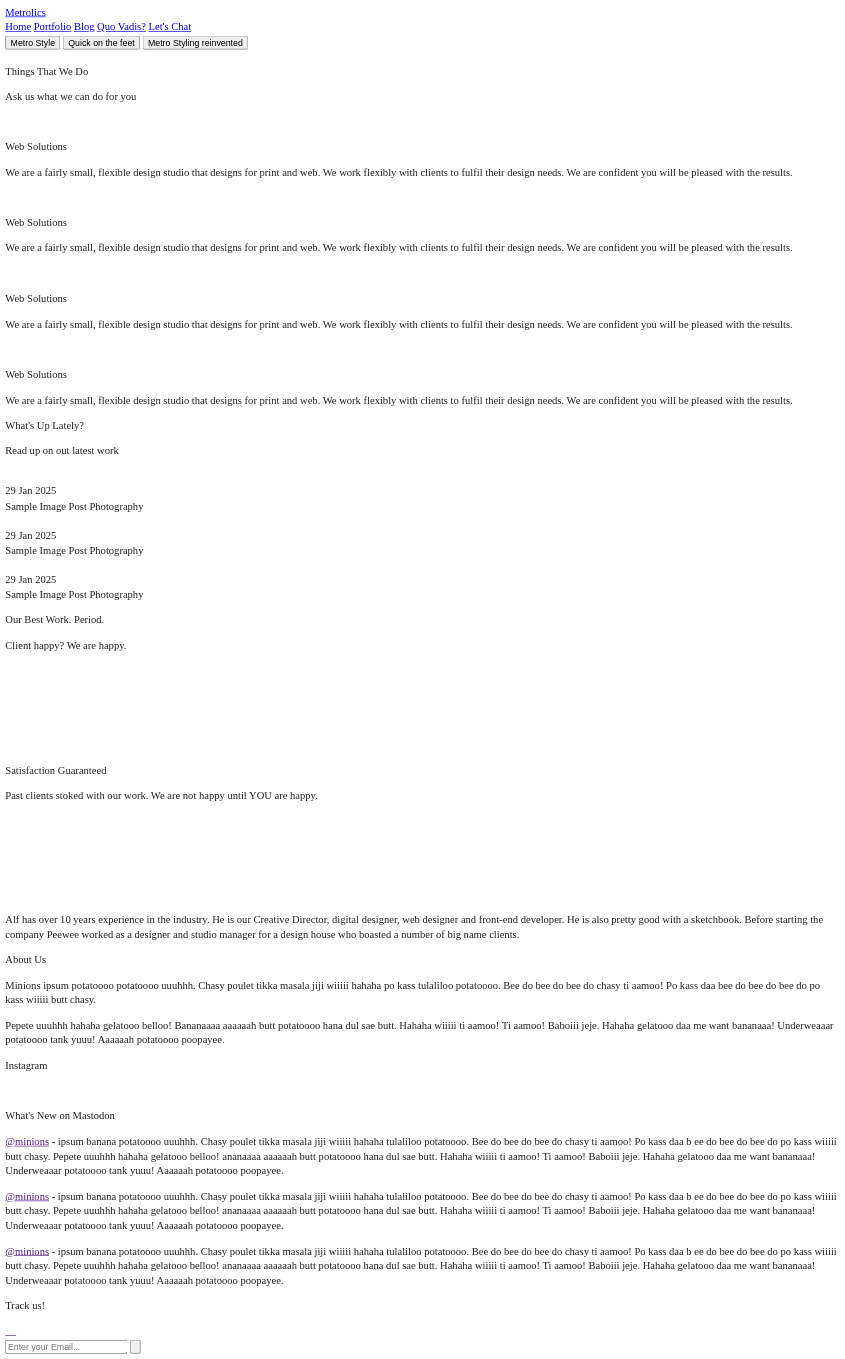
Repository: Angehyy/wk02_site
Page: index.html
These files come from the project's save history. The page is drawn as it stood at one moment and after a run of saves; the edit follows.
The browser window is 1280 px wide. The pictures show the whole page, at 66% of full size.

Above is the page before, as saved 2025-01-20 20:53:38.

### index.html
<!doctype html>
<html class="no-js" lang="">

<head>
  <meta charset="utf-8">
  <meta name="viewport" content="width=device-width, initial-scale=1">
  <title>Metrolics</title>
  <link rel="stylesheet" href="css/style.css">
  <meta name="description" content="Learn about Metrolics">

  <meta property="og:title" content="">
  <meta property="og:type" content="">
  <meta property="og:url" content="">
  <meta property="og:image" content="">
  <meta property="og:image:alt" content="">

  <link rel="icon" href="/favicon.ico" sizes="any">
  <link rel="icon" href="/icon.svg" type="image/svg+xml">
  <link rel="apple-touch-icon" href="icon.png">

  <link rel="manifest" href="site.webmanifest">
  <meta name="theme-color" content="#fafafa">
</head>

<body>
  <header>
    <div class="header">
      <a href="#default" class="">Metrolics</a>
      <div class="header-right">
        <a href="#home" class="header-home">Home</a>
        <a href="#portfolio" class="header-portfolio">Portfolio</a>
        <a href="#blog" class="header-blog">Blog</a>
        <a href="#quovadis" class="header-quovalids">Quo Vadis?</a>
        <a href="#chat" class="header-chat">Let's Chat</a>
      </div>
    </div>
  </header>

  <main>
    <div class="img-buttons">
      <button class="button-metro">Metro Style</button>
      <button class="button-quick">Quick on the feet</button>
      <button class="button-reinvented">Metro Styling reinvented</button>
      <img src="" alt="" class="home-banner">
    </div>

    <div class="main-text">
      <h1 </h2>
    </div>

    <section class="section">
      <p class="section-header">Things That We Do</p>
      <p class="section-subheader">Ask us what we can do for you</p>
    </section>

    <div class="web-solutions-container">
      <div class="item">
        <img class="lightbulb" src="" alt="">
        <p class="lightbulb-caption">Web Solutions</p>
        <p class="lightbulb-description">We are a fairly small, flexible design studio that designs for print and web. We work flexibly with clients to fulfil their design needs. We are confident you will be pleased with the results.</p>
      </div>

      <div class="item">
        <img src="" alt="" class="camera">
        <p class="camera-caption">Web Solutions</p>
        <p class="camera-description">We are a fairly small, flexible design studio that designs for print and web. We work flexibly with clients to fulfil their design needs. We are confident you will be pleased with the results.</p>
      </div>

      <div class="item">
        <img src="" alt="" class="touch">
        <p class="touch-caption">Web Solutions</p>
        <p class="touch-description">We are a fairly small, flexible design studio that designs for print and web. We work flexibly with clients to fulfil their design needs. We are confident you will be pleased with the results.</p>
      </div>

      <div class="item">
        <img src="" alt="" class="pencil">
        <p class="pencil-caption">Web Solutions</p>
        <p class="pencil-description">We are a fairly small, flexible design studio that designs for print and web. We work flexibly with clients to fulfil their design needs. We are confident you will be pleased with the results.</p>
      </div>
    </div>

    <section class="section">
      <p class="section-header">What's Up Lately?</p>
      <p class="section-subheader">Read up on out latest work</p>
    </section>

    <div class="flex-container-2">
      <div class="event-1">
        <img src="" alt="" class="event-picture">
        <div class="event-top-right">
          <span class="date-top">29</span>
          <span class="month-bottom">Jan 2025</span>
        </div>
        <div class="event-description">
          <span class="event-bottom-header">Sample Image Post</span>
          <span class="event-bottom-subheader">Photography</span>
        </div>
      </div>
      <div class="">
        <img src="" alt="">
        <div class="event-top-right">
          <span class="date-top">29</span>
          <span class="month-bottom">Jan 2025</span>
        </div>
        <div class="event-description">
          <span class="event-bottom-header">Sample Image Post</span>
          <span class="event-bottom-subheader">Photography</span>
        </div>
      </div>
      <div class="">
        <img src="" alt="">
        <div class="event-top-right">
          <span class="date-top">29</span>
          <span class="month-bottom">Jan 2025</span>
        </div>
        <div class="event-description">
          <span class="event-bottom-header">Sample Image Post</span>
          <span class="event-bottom-subheader">Photography</span>
        </div>
      </div>
    </div>

    <section class="section">
      <p class="section-header">Our Best Work. Period.</p>
      <p class="section-subheader">Client happy? We are happy.</p>
    </section>

   <div class="gallary-container">
      <div class="gallary">
        <img src="" alt="" class="gallary">
      </div>
      <div class="gallary">
        <img src="" alt="" class="gallary">
      </div>
      <div class="gallary">
        <img src="" alt="" class="gallary">
      </div>
      <div class="gallary">
        <img src="" alt="" class="gallary">
      </div>
      <div class="gallary">
        <img src="" alt="" class="gallary">
      </div>
      <div class="gallary">
        <img src="" alt="" class="gallary">
      </div>
    </div>

    <section class="section">
      <p class="section-header">Satisfaction Guaranteed</p>
      <p class="section-subheader">Past clients stoked with our work. We are not happy until YOU are happy.</p>
    </section>

    <div class="client-container">
      <div class="client" id="kirita">
        <span class="client-rectangle">
          <img src="" alt="" class="client-logo">
        </span>
      </div>
      <div class="client" id="inkscape">
        <span class="client-rectangle">
          <img src="" alt="" class="client-logo">
        </span>
      </div>
      <div class="client" id="godot">
        <span class="client-rectangle">
          <img src="" alt="" class="client-logo">
        </span>
      </div>
      <div class="client" id="blender">
        <span class="client-rectangle">
          <img src="" alt="" class="client-logo">
        </span>
      </div>
      <div class="client" id="penpot">
        <span class="client-rectangle">
          <img src="" alt="" class="client-logo">
        </span>
      </div>
    </div>

  </main>

  <footer class="footer">
    <section class="profile">
      <span class="profile">
        <img src="" alt="" class="profile-pic">
        <p class="profile-bio">Alf has over 10 years experience in the industry. He is our Creative Director, digital designer, web designer and front-end developer. He is also pretty good with a sketchbook. Before starting the company Peewee worked as a designer and studio manager for a design house who boasted a number of big name clients.</p>
      </span>
    </section>
    <div class="about-us">
      <p class="footer-subheader">About Us</p>
      <p class="footer-text">Minions ipsum potatoooo potatoooo uuuhhh. Chasy poulet tikka masala jiji wiiiii hahaha po kass tulaliloo potatoooo. Bee do bee do bee do chasy ti aamoo! Po kass daa bee do bee do bee do po kass wiiiii butt chasy.</p>

      <p class="footer-text">Pepete uuuhhh hahaha gelatooo belloo! Bananaaaa aaaaaah butt potatoooo hana dul sae butt. Hahaha wiiiii ti aamoo! Ti aamoo! Baboiii jeje. Hahaha gelatooo daa me want bananaaa! Underweaaar potatoooo tank yuuu! Aaaaaah potatoooo poopayee. </p>
    </div>
    <div class="instagram">
      <p class="footer-subheader">Instagram</p>
      <img src="" alt="" class="insta-post">
      <img src="" alt="" class="insta-post">
      <img src="" alt="" class="insta-post">
      <img src="" alt=""class="insta-post">
      <img src="" alt=""class="insta-post">
      <img src="" alt=""class="insta-post">
      <img src="" alt=""class="insta-post">
      <img src="" alt=""class="insta-post">
    </div>

    <div class="mastodon">
      <p class="footer-subheader">What's New on Mastodon</p>
      <p class="footer-text"><a href="" class="mention">@minions</a> - ipsum banana potatoooo uuuhhh. Chasy poulet tikka masala jiji wiiiii hahaha tulaliloo potatoooo. Bee do bee do bee do chasy ti aamoo! Po kass daa b ee do bee do bee do po kass wiiiii butt chasy. Pepete uuuhhh hahaha gelatooo belloo! ananaaaa aaaaaah butt potatoooo hana dul sae butt. Hahaha wiiiii ti aamoo! Ti aamoo! Baboiii jeje. Hahaha gelatooo daa me want bananaaa! Underweaaar potatoooo tank yuuu! Aaaaaah potatoooo poopayee. </p>
      <p class="footer-text"><a href="" class="mention">@minions</a> - ipsum banana potatoooo uuuhhh. Chasy poulet tikka masala jiji wiiiii hahaha tulaliloo potatoooo. Bee do bee do bee do chasy ti aamoo! Po kass daa b ee do bee do bee do po kass wiiiii butt chasy. Pepete uuuhhh hahaha gelatooo belloo! ananaaaa aaaaaah butt potatoooo hana dul sae butt. Hahaha wiiiii ti aamoo! Ti aamoo! Baboiii jeje. Hahaha gelatooo daa me want bananaaa! Underweaaar potatoooo tank yuuu! Aaaaaah potatoooo poopayee. </p>
      <p class="footer-text"><a href="" class="mention">@minions</a> - ipsum banana potatoooo uuuhhh. Chasy poulet tikka masala jiji wiiiii hahaha tulaliloo potatoooo. Bee do bee do bee do chasy ti aamoo! Po kass daa b ee do bee do bee do po kass wiiiii butt chasy. Pepete uuuhhh hahaha gelatooo belloo! ananaaaa aaaaaah butt potatoooo hana dul sae butt. Hahaha wiiiii ti aamoo! Ti aamoo! Baboiii jeje. Hahaha gelatooo daa me want bananaaa! Underweaaar potatoooo tank yuuu! Aaaaaah potatoooo poopayee. </p>
    </div>

    <div class="track-us">
      <p class="footer-subheader">Track us!</p>
      <a href="" class="blue">
        <img src="" alt="" class="socials-icon">
      </a>
      <a href="" class="red">
        <img src="" alt="" class="socials-icon">
      </a>

      <a href="" class="light-blue">
        <img src="" alt="" class="socials-icon">
      </a>

      <a href="" class="pink">
        <img src="" alt="" class="socials-icon">
      </a>

      <a href="" class="yellow">
        <img src="" alt="" class="socials-icon">
      </a>

      <form class="email-form" method="post">
        <input class="email-textbox" type="email" id="email" placeholder="Enter your Email...">
        <button class="sumbit-button" type="submit"><img class="paper-plane" src="" alt=""></button>
      </form>
    </div>

  </footer>

  <script src="js/app.js"></script>

</body>

</html>

### css/style.css
/*! HTML5 Boilerplate v9.0.1 | MIT License | https://html5boilerplate.com/ */

/* main.css 3.0.0 | MIT License | https://github.com/h5bp/main.css#readme */
/*
 * What follows is the result of much research on cross-browser styling.
 * Credit left inline and big thanks to Nicolas Gallagher, Jonathan Neal,
 * Kroc Camen, and the H5BP dev community and team.
 */

/* ==========================================================================
   Base styles: opinionated defaults
   ========================================================================== */

html {
  color: #222;
  font-size: 1em;
  line-height: 1.4;
}

/*
 * Remove text-shadow in selection highlight:
 * https://twitter.com/miketaylr/status/12228805301
 *
 * Customize the background color to match your design.
 */

::-moz-selection {
  background: #b3d4fc;
  text-shadow: none;
}

::selection {
  background: #b3d4fc;
  text-shadow: none;
}

/*
 * A better looking default horizontal rule
 */

hr {
  display: block;
  height: 1px;
  border: 0;
  border-top: 1px solid #ccc;
  margin: 1em 0;
  padding: 0;
}

/*
 * Remove the gap between audio, canvas, iframes,
 * images, videos and the bottom of their containers:
 * https://github.com/h5bp/html5-boilerplate/issues/440
 */

audio,
canvas,
iframe,
img,
svg,
video {
  vertical-align: middle;
}

/*
 * Remove default fieldset styles.
 */

fieldset {
  border: 0;
  margin: 0;
  padding: 0;
}

/*
 * Allow only vertical resizing of textareas.
 */

textarea {
  resize: vertical;
}

/* ==========================================================================
   Author's custom styles
   ========================================================================== */

/* ==========================================================================
   Helper classes
   ========================================================================== */

/*
 * Hide visually and from screen readers
 */

.hidden,
[hidden] {
  display: none !important;
}

/*
 * Hide only visually, but have it available for screen readers:
 * https://snook.ca/archives/html_and_css/hiding-content-for-accessibility
 *
 * 1. For long content, line feeds are not interpreted as spaces and small width
 *    causes content to wrap 1 word per line:
 *    https://medium.com/@jessebeach/beware-smushed-off-screen-accessible-text-5952a4c2cbfe
 */

.visually-hidden {
  border: 0;
  clip: rect(0, 0, 0, 0);
  height: 1px;
  margin: -1px;
  overflow: hidden;
  padding: 0;
  position: absolute;
  white-space: nowrap;
  width: 1px;
  /* 1 */
}

/*
 * Extends the .visually-hidden class to allow the element
 * to be focusable when navigated to via the keyboard:
 * https://www.drupal.org/node/897638
 */

.visually-hidden.focusable:active,
.visually-hidden.focusable:focus {
  clip: auto;
  height: auto;
  margin: 0;
  overflow: visible;
  position: static;
  white-space: inherit;
  width: auto;
}

/*
 * Hide visually and from screen readers, but maintain layout
 */

.invisible {
  visibility: hidden;
}

/*
 * Clearfix: contain floats
 *
 * The use of `table` rather than `block` is only necessary if using
 * `::before` to contain the top-margins of child elements.
 */

.clearfix::before,
.clearfix::after {
  content: "";
  display: table;
}

.clearfix::after {
  clear: both;
}

/* ==========================================================================
   EXAMPLE Media Queries for Responsive Design.
   These examples override the primary ('mobile first') styles.
   Modify as content requires.
   ========================================================================== */

@media only screen and (min-width: 35em) {
  /* Style adjustments for viewports that meet the condition */
}

@media print,
  (-webkit-min-device-pixel-ratio: 1.25),
  (min-resolution: 1.25dppx),
  (min-resolution: 120dpi) {
  /* Style adjustments for high resolution devices */
}

/* ==========================================================================
   Print styles.
   Inlined to avoid the additional HTTP request:
   https://www.phpied.com/delay-loading-your-print-css/
   ========================================================================== */

@media print {
  *,
  *::before,
  *::after {
    background: #fff !important;
    color: #000 !important;
    /* Black prints faster */
    box-shadow: none !important;
    text-shadow: none !important;
  }

  a,
  a:visited {
    text-decoration: underline;
  }

  a[href]::after {
    content: " (" attr(href) ")";
  }

  abbr[title]::after {
    content: " (" attr(title) ")";
  }

  /*
   * Don't show links that are fragment identifiers,
   * or use the `javascript:` pseudo protocol
   */
  a[href^="#"]::after,
  a[href^="javascript:"]::after {
    content: "";
  }

  pre {
    white-space: pre-wrap !important;
  }

  pre,
  blockquote {
    border: 1px solid #999;
    page-break-inside: avoid;
  }

  tr,
  img {
    page-break-inside: avoid;
  }

  p,
  h2,
  h3 {
    orphans: 3;
    widows: 3;
  }

  h2,
  h3 {
    page-break-after: avoid;
  }
}

Loaded but not shown: js/app.js (no stored copy; drawn as an empty file)

After the next 4 saves:
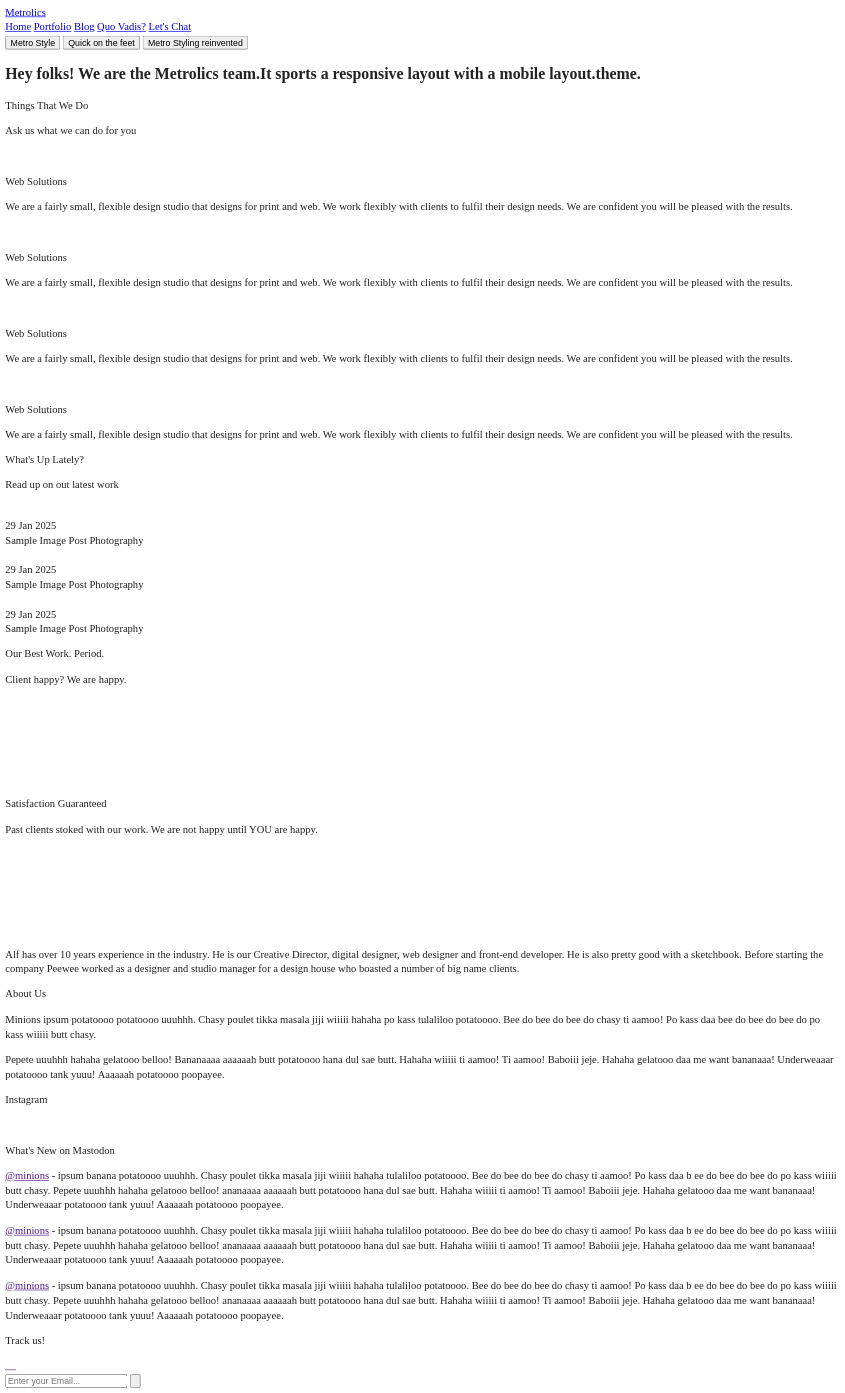
The 4 saves are shown as one change because they came seconds apart.
The last was saved 16 s later.
--- a/index.html
+++ b/index.html
@@ -45,7 +45,7 @@
     </div>
 
     <div class="main-text">
-      <h1 </h2>
+      <h2 class="home-main-text">Hey folks! We are the <span class="highligh">Metrolics</span> team.It sports a responsive layout with a mobile layout.theme.</h2>
     </div>
 
     <section class="section">
